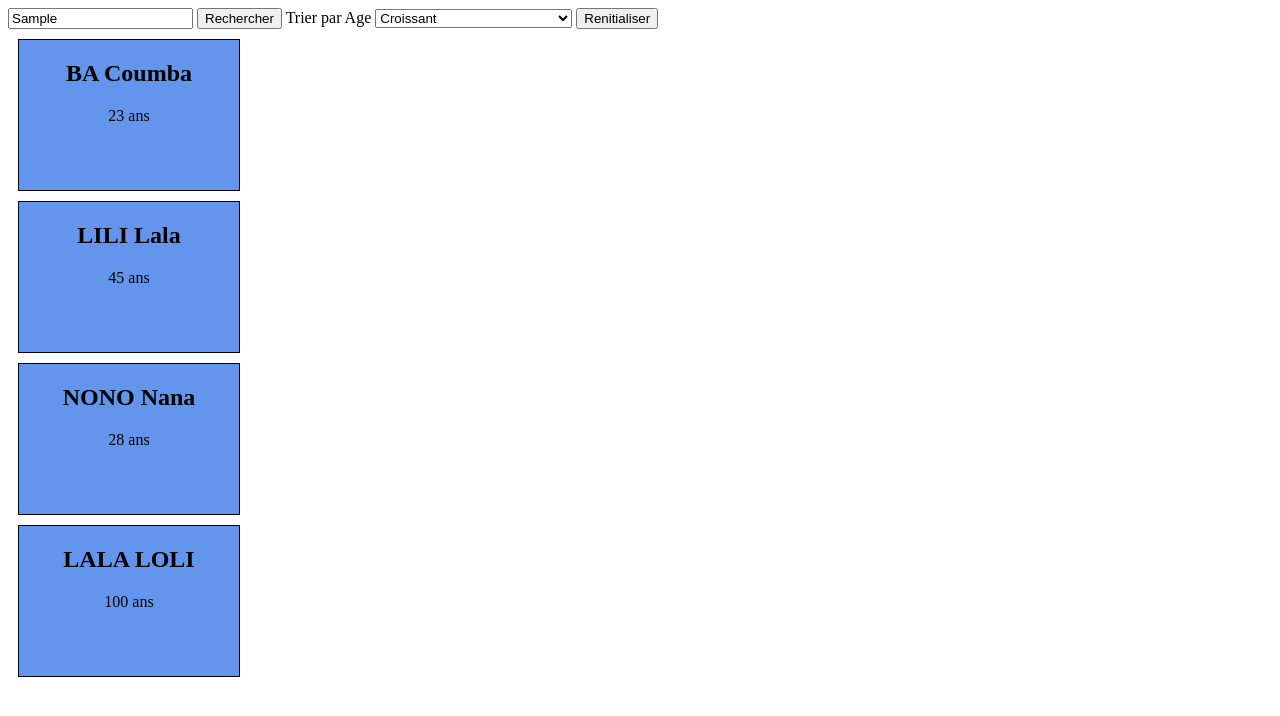
Repository: Coumba25040/coumbaProjet
Page: exoGPT/utilisateurs.html
The author's editor kept a copy of each file at every save. The page is drawn from the files as they stood at one save, then again after the next save.
The browser window is 1280 px wide. The pictures show the whole page.
Empty fields were first filled with sample values (such as "Sample", 5 or name@example.com).
After loading, the first visible `#recherche` was changed once.

Above is the page before, as saved 2025-07-01 16:49:30.

After the next save:
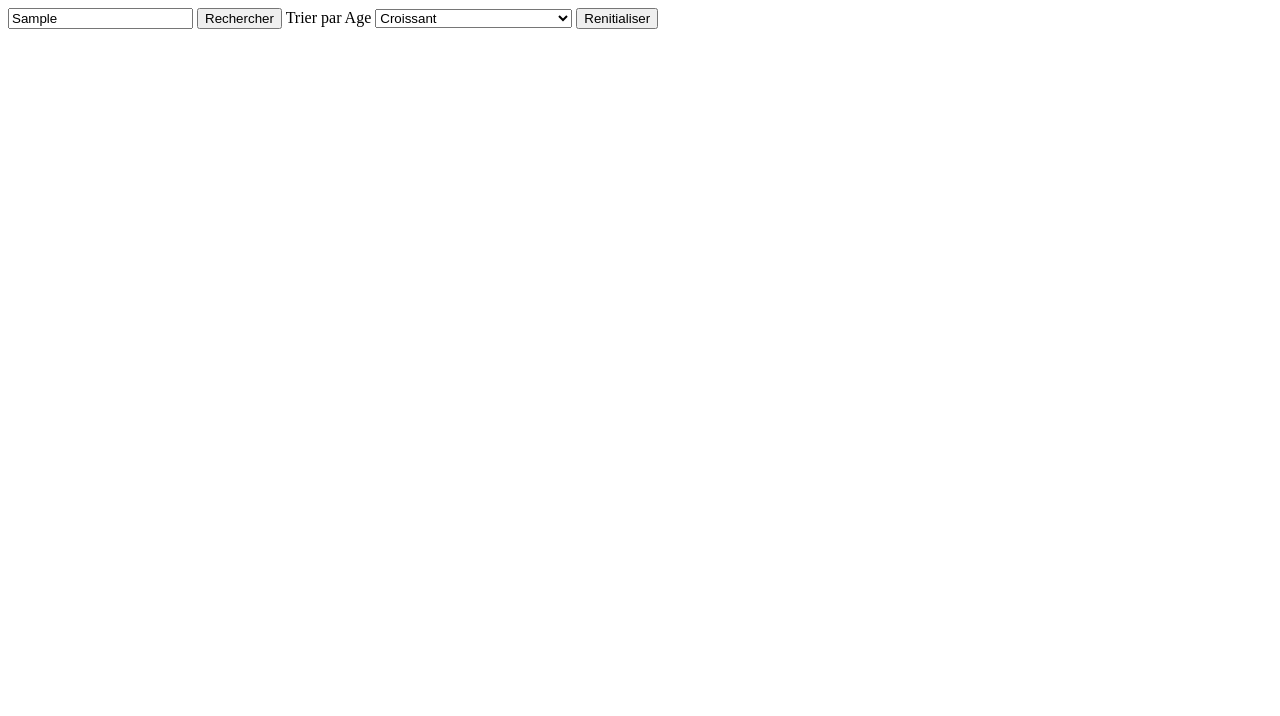
Saved 24 s later.
--- a/exoGPT/utilisateurs.js
+++ b/exoGPT/utilisateurs.js
@@ -66,10 +66,7 @@ recherche.addEventListener("keyup", (e) =>{
     const result = utilisateurs.filter(item => item.prenom.toLocaleLowerCase().includes(input.toLocaleLowerCase()))
     console.log(result)
 
-    if(utilisateursContainer = ""){
-        // afficherUtilisateurs(result)
-        utilisateursContainer.textContent = 'rien'
+    if(utilisateursContainer != ""){
+        afficherUtilisateurs(result)
     }
-
-    afficherUtilisateurs(result)
 })
